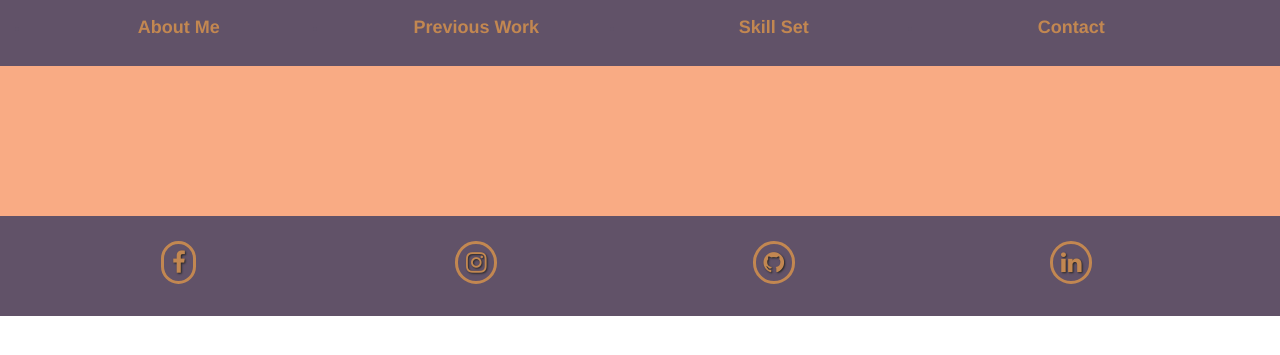
Repository: Rang3rDang3r/Portfolio
Page: main.html
The author's editor kept a record of every edit. The page is drawn from the files as they stood at one moment, then again after the next edit.
The browser window is 1280 px wide. The pictures show the whole page.

Above is the page before.

After the next edit:
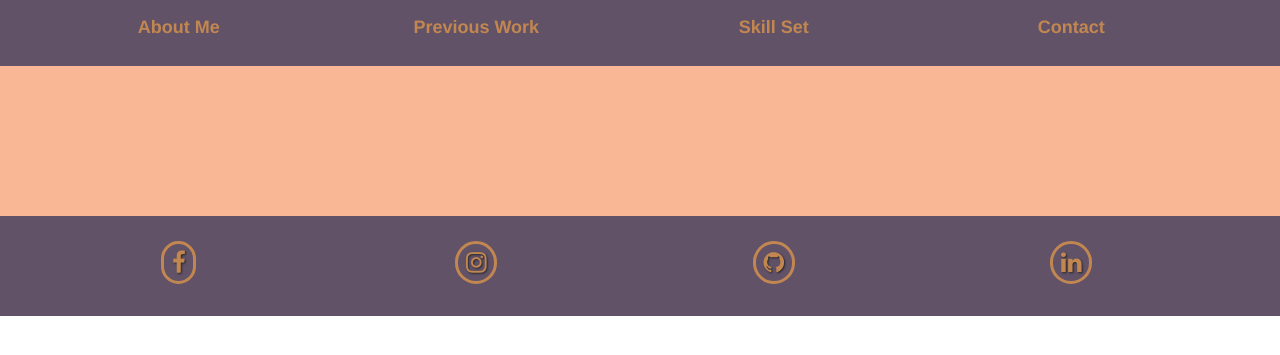
The edit:
--- a/main-style.css
+++ b/main-style.css
@@ -101,7 +101,9 @@
     background-color: #f9ab84;
     padding-top: 75px;
     padding-bottom: 75px;
-    opacity: 1;
+    opacity: 0.85;
+    text-align: center;
+    font-size: 75px;
 }
 
 .eton-blue-b {
